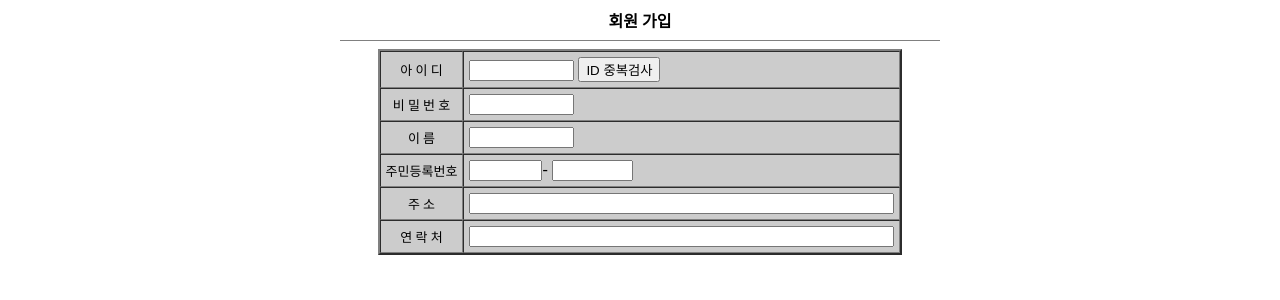
Repository: kalmia26/Capstone
Page: http://localhost/LectureSystem/member_input.jsp
An editor plug-in stored every save of this project. The page is shown before and after the next save, followed by the edit.
The browser window is 1280 px wide. The pictures show the whole page.
The page is served by Tomcat 9. Other server files are loaded and not shown.

Above is the page before, as saved 2017-05-24 06:08:36.

### LectureSystem/WebContent/member_input.jsp
<%@ page language="java" contentType="text/html; charset=EUC-KR"
    pageEncoding="EUC-KR"%>
<!DOCTYPE html PUBLIC "-//W3C//DTD HTML 4.01 Transitional//EN" "http://www.w3.org/TR/html4/loose.dtd">
<html>
<head>
<meta http-equiv="Content-Type" content="text/html; charset=EUC-KR">
<title>Insert title here</title>
<style type="text/css">
<!--
	a:link	{font-family:""; color:black; text-decoration:none;}
	a:visited	{font-family:""; color:black; text-decoration:none;}
	a:hover	{font-family:""; color:black; text-decoration:underline;}
-->
</style>
<script language="JavaScript">
function Check() {
	if(Member_input.id.value.length < 1) {
		alert("아이디를 입력하세요.");
		Member_input.id.foucs();
		return false;
	}
	if(Member_input.pass.value.length < 1) {
		alert("비밀번호를 입력하세요.");
		Member_input.pass.focus();
		return false;
	}
	if(Member_input.name.value.length < 1) {
		alert("이름을 입력하세요.");
		Member_input.name.focus();
		return false;
	}
	if(Member_input.juminnum1.value.length < 1) {
		alert("주민등록번호를 입력하세요.");
		Member_input.juminnum1.focus();
		return false;
	}
	if(Member_input.juminnum1.value.length != 6) {
		alert("주민등록번호 앞자리는 6자리 입니다.");
		Member_input.juminnum1.focus();
		return false;
	}
	for (var i=0; i<member_input.juminnum1.value.lenght; i++) {
		if(member_input.juminnum1.value.charAt(i) < "0" || member_input.juminnum1.value.charAt(i) > "9") {
			alert("주민등록번호는 숫자만 가능합니다.");
			member_input.juminnum1.focus();
			return false;
		}
	}
	if(Member_input.juminnum2.value.length < 1) {
		alert("주민등록번호를 입력하세요.");
		Member_input.juminnum2.focus();
		return false;
	}
	if(Member_input.juminnum2.value.length != 7) {
		alert("주민등록번호 뒷자리는 7자리 입니다.");
		Member_input.juminnum2.focus();
		return false;
	}
	for (var i=0; i<member_input.juminnum2.value.lenght; i++) {
		if(member_input.juminnum2.value.charAt(i) < "0" || member_input.juminnum2.value.charAt(i) > "9") {
			alert("주민등록번호는 숫자만 가능합니다.");
			member_input.juminnum2.focus();
			return false;
		}
	}
	var sum,a,b,c,d,e,f,g,h,i,j,k,l,m;

	a = praseInt(member_input.juminnum1.value.charAt(0));
	b = praseInt(member_input.juminnum1.value.charAt(1));
	c = praseInt(member_input.juminnum1.value.charAt(2));
	d = praseInt(member_input.juminnum1.value.charAt(3));
	e = praseInt(member_input.juminnum1.value.charAt(4));
	f = praseInt(member_input.juminnum1.value.charAt(5));
	g = praseInt(member_input.juminnum2.value.charAt(0));
	h = praseInt(member_input.juminnum2.value.charAt(1));
	i = praseInt(member_input.juminnum2.value.charAt(2));
	j = praseInt(member_input.juminnum2.value.charAt(3));
	k = praseInt(member_input.juminnum2.value.charAt(4));
	l = praseInt(member_input.juminnum2.value.charAt(5));
	m = praseInt(member_input.juminnum2.value.charAt(6));

	sum = a*2 + b*3 + c*4 + d*5 + e*6 + f*7 + g*8 + h*9 + i*2 + j*3 + k*4 + l*5;

	var namuji = sum % 11;
	var humsa = 11 - namuji;
	var check_no = gumsa % 10;

	if(check_no != m) {
		alert("올바른 주민등록번호가 아닙니다.");
		member_input.juminnum2.focus();
		return false;
	}
	Member.submit();
}

function Check_focus() {
	var strfocus1 = member_input.juminnum1.value.length;
	if(strfocus1 == 6)
		member_input.juminnum2.focus();
}
function check_id() {
	browsing_window = window.open("checkid.jsp?id="+member_input.id.value,
			"_idcheck","height=200, wight=300, menubar=no, directories=no, resizable=no, status=no, scrollbars=yes");
	browsing_window.focus();
}
</script>

</head>
<body>
<center><font size='3'><b>회원 가입</b></font>
	<table border='0' width='600' cellpadding='0' cellspacing='0'>
		<tr>
			<td><hr size='1' noshade>
			</td>
		</tr>
	</table>

	<form name="member_input" method="post" action="member_output.jsp">
		<table border='2' cellspacing='0' cellpadding='5' align=center>
		<tr>
			<td bgcolor='cccccc' align='center'>
				<font size='2'>아 이 디</font>
			</td>
			<td bgcolor='cccccc'>
				<input type="text" maxlength="10" size="10" name="id">
				<input type="button" onclick="Check_id()" value="ID 중복검사">
			</td>
		</tr>
		<tr>
			<td bgcolor='cccccc' align='center'>
				<font size='2'>비 밀 번 호</font>
			</td>
			<td bgcolor='cccccc'>
				<input type="password" maxlength="10" size="10" name="pass">
			</td>
		</tr>
		<tr>
			<td bgcolor='cccccc' align='center'>
				<font size='2'>이 름</font>
			</td>
			<td bgcolor='cccccc'>
				<input type="text" maxlength="10" size="10" name="name">
			</td>
		</tr>
		<tr>
			<td bgcolor='cccccc' align='center'>
				<font size='2'>주민등록번호</font>
			</td>
			<td bgcolor='cccccc'>
				<input type="text" size="6" maxlength="6" name="juminnum1" onkeypress="check_focus();" >-
				<input type="text" size="7" maxlength="7" name="juminnum2">
			</td>
		</tr>
		<tr>
			<td bgcolor='cccccc' align='center'>
				<font size='2'>주 소</font>
			</td>
			<td bgcolor='cccccc'>
				<input type="text" maxlength="50" size="50" name="address1">
			</td>
		</tr>
		<tr>
			<td bgcolor='cccccc' align='center'>
				<font size='2'>연 락 처</font>
			</td>
			<td bgcolor='cccccc'>
				<input type="text" maxlength="50" size="50" name="address1">
			</td>
		</tr>
		</table>
	</form>
</center>


</body>
</html>

After the next save:
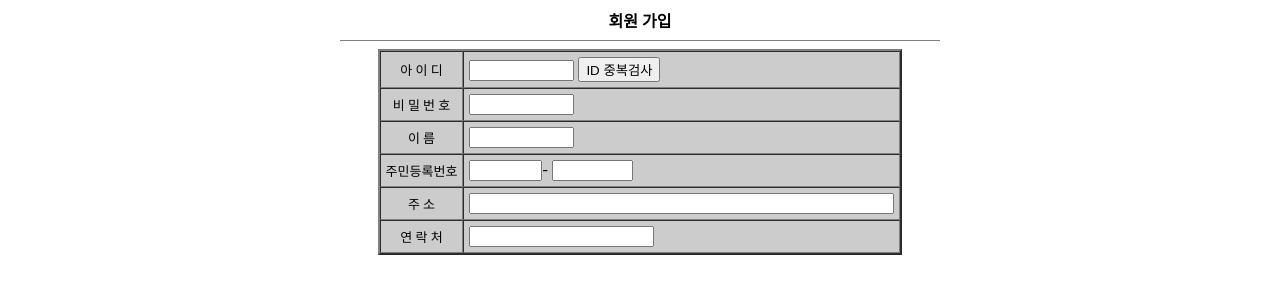
Saved 21 s later.
--- a/LectureSystem/WebContent/member_input.jsp
+++ b/LectureSystem/WebContent/member_input.jsp
@@ -156,7 +156,7 @@ function check_id() {
 				<font size='2'>주 소</font>
 			</td>
 			<td bgcolor='cccccc'>
-				<input type="text" maxlength="50" size="50" name="address1">
+				<input type="text" maxlength="50" size="50" name="address">
 			</td>
 		</tr>
 		<tr>
@@ -164,7 +164,7 @@ function check_id() {
 				<font size='2'>연 락 처</font>
 			</td>
 			<td bgcolor='cccccc'>
-				<input type="text" maxlength="50" size="50" name="address1">
+				<input type="text" maxlength="20" size="20" name="phone">
 			</td>
 		</tr>
 		</table>
